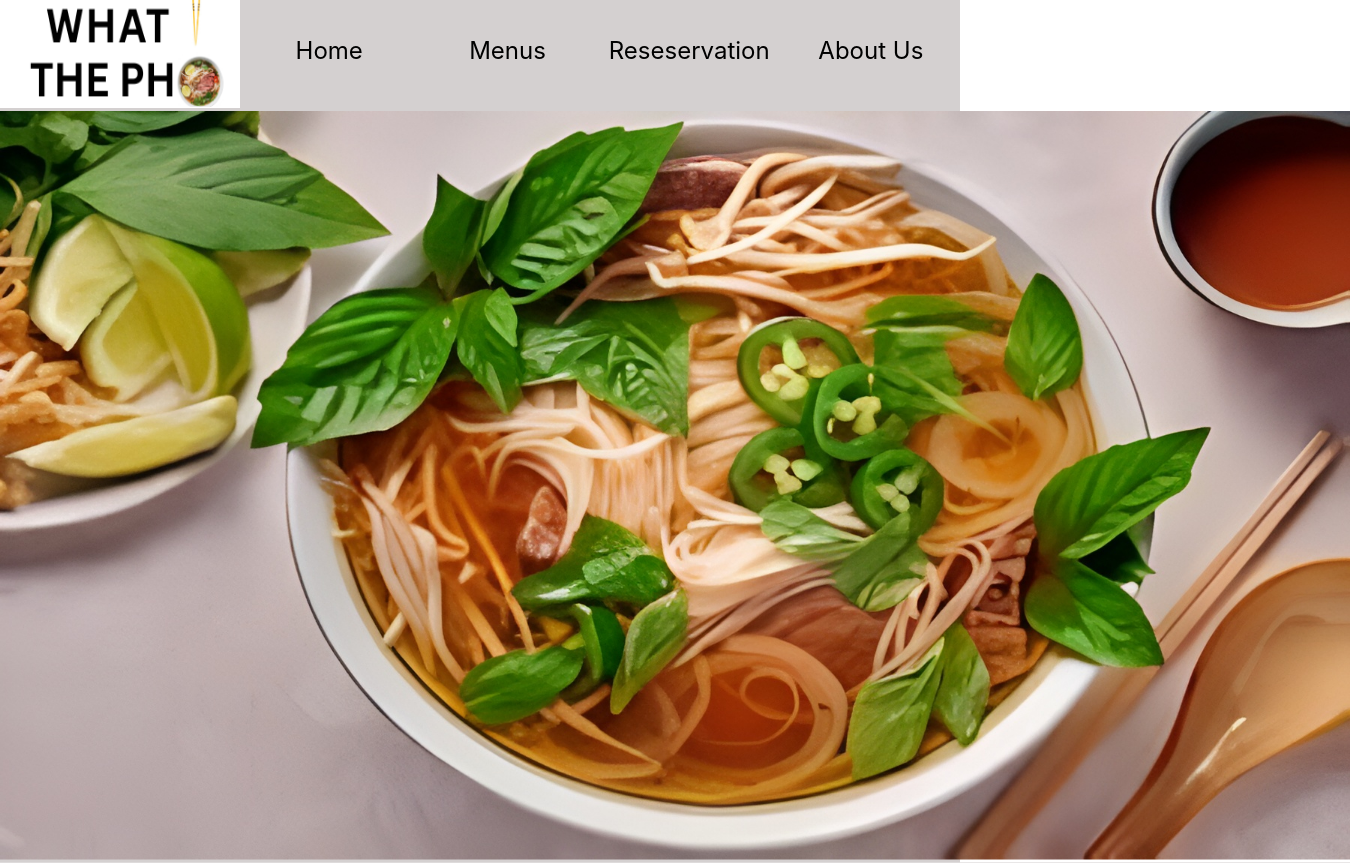
Repository: NguyenkhDang/Restaurant-Website
Page: /
These files come from the project's save history. The page is drawn as it stood at one moment and after the next save; the edit follows.
The browser window is 1280 px wide. The page is 1800 px wide, then 1280 px, so the pictures cover 1800 px, including what lies to the right of the window. The pictures show the whole page, at 75% of full size.
The project was rebuilt for these pictures with package versions that can differ from the ones it lists, and the page was loaded fresh each time.

Above is the page before, as saved 2026-01-14 15:23:11.

After the next save:
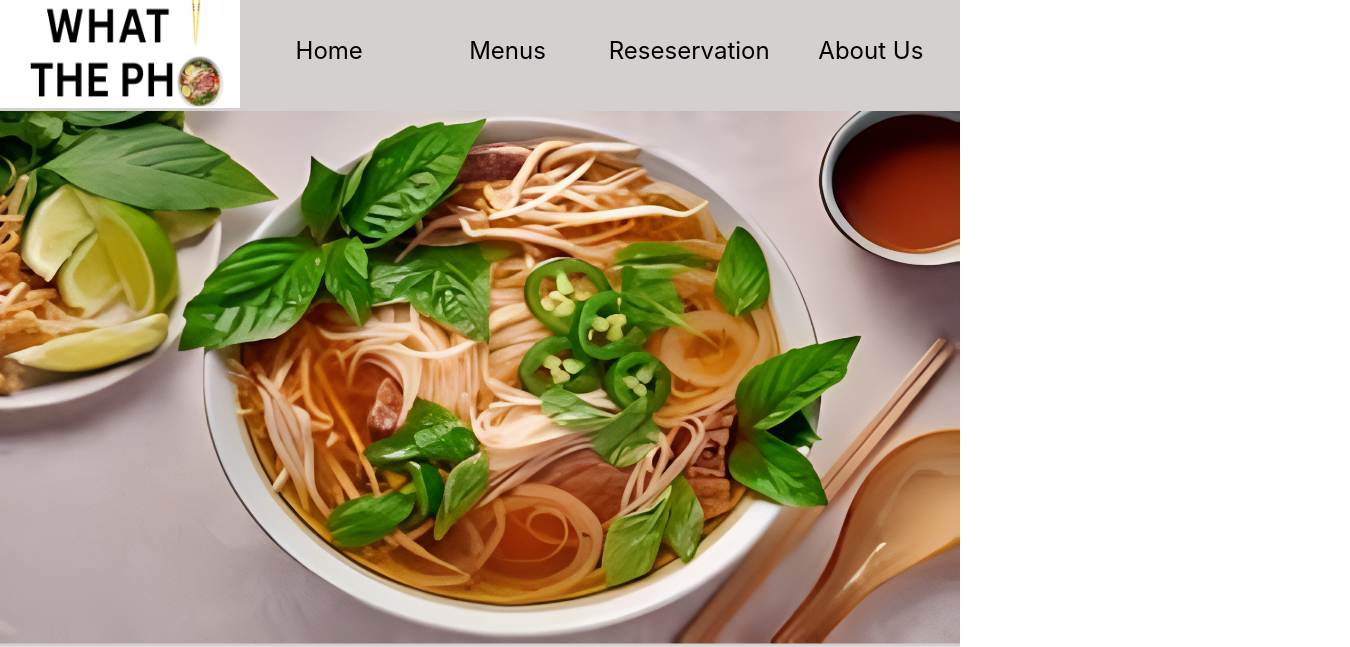
Saved 31 s later.
--- a/src/App.js
+++ b/src/App.js
@@ -5,7 +5,9 @@ function App() {
   return (
     <div className="App">
       <NavigationBar />
-      <img src={BackgroundImage}/>
+      <img
+        src={BackgroundImage}
+        style={{width: "100vw"}}/>
     </div>
   );
 }
